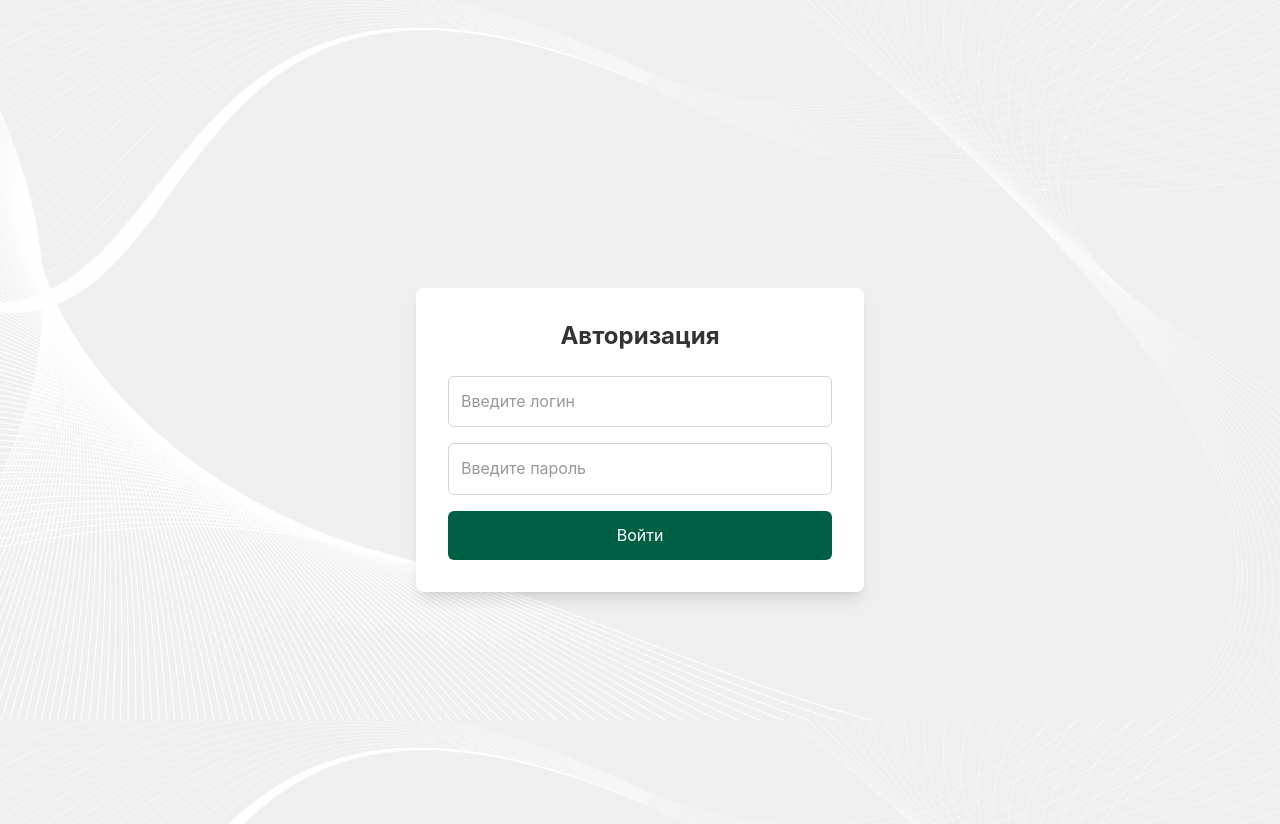
Repository: vladzap2423/delo-frontend
Page: /login
An editor plug-in stored every save of this project. The page is shown before and after a run of saves, followed by the edit.
The browser window is 1280 px wide. The pictures show the whole page.
Backgrounds fixed to the window are drawn as part of the page. The project was rebuilt for these pictures with package versions that can differ from the ones it lists, and the page was loaded fresh each time. The framework's server and built-in components were replaced by stand-ins that run in the browser. Also part of the build but not shown: next.config.ts.

Above is the page before, as saved 2025-09-17 16:53:02.

### src/app/layout.tsx
import type { Metadata } from "next";
import { Geist, Geist_Mono } from "next/font/google";
import "./globals.css";
import Header from "@/components/header";
import Script from "next/script";


const geistSans = Geist({
  variable: "--font-geist-sans",
  subsets: ["latin"],
});

const geistMono = Geist_Mono({
  variable: "--font-geist-mono",
  subsets: ["latin"],
});

export const metadata: Metadata = {
  title: "Create Next App",
  description: "Generated by create next app",
};

export default function RootLayout({
  children,
}: Readonly<{
  children: React.ReactNode;
}>) {
  return (
    <html lang="en">
      <body className={`${geistSans.variable} ${geistMono.variable} antialiased bg-gray-50`} style={{
          backgroundImage: "url('/fon.jpg')",
          backgroundSize: "cover",
          backgroundPosition: "center",
          backgroundAttachment: "fixed", // чтобы фон оставался на месте при скролле
        }}
        >
        <div className="min-h-screen flex flex-col">

          <Header />
          <main className="flex-1 container mx-auto px-4 pt-20 pb-6 text-center">{children}</main>
          <Script
            src="https://www.cryptopro.ru/sites/default/files/products/cades/cadesplugin_api.js"
            strategy="beforeInteractive"
          />
        </div>
      </body>
    </html>
  );
}

### src/app/login/page.tsx
'use client';

import { useEffect, useState } from 'react';
import { useRouter } from 'next/navigation';
import { loginApi } from '@/services/auth.service';
import { useAuthStore } from '@/store/auth';


export default function AuthPage() {
  const [username, setUsername] = useState('');
  const [password, setPassword] = useState('');
  const [error, setError]       = useState('');
  const [loading, setLoading]   = useState(false);

  const router = useRouter();
  const {login, token, hydrated} = useAuthStore()

  useEffect(() => {
    if (hydrated && token) {
      router.replace('/')
    }
  }, [hydrated, token, router])

  const handleSubmit = async (e: React.FormEvent) => {
    e.preventDefault();
    setError('');
    setLoading(true);

    try {
      const { access_token } = await loginApi(username, password);
      login(access_token);
      router.push('/');
    } catch (err: any) {
      setError(err.message || 'Ошибка авторизации');
    } finally {
      setLoading(false)
    }
  };

  return (
    <div className="flex items-center justify-center h-screen">
      <div className="bg-white p-8 rounded-lg shadow-lg w-full max-w-md">
        <h2 className="text-2xl font-bold text-center mb-6">Авторизация</h2>

        {error && <div className="text-red-600 text-center mb-4">{error}</div>}

        <form onSubmit={handleSubmit} className="space-y-4">
          <input
            type="text"
            value={username}
            onChange={e => setUsername(e.target.value)}
            className="w-full p-3 border border-gray-300 rounded-md"
            placeholder="Введите логин"
            autoComplete="username"
            required
          />
          <input
            type="password"
            value={password}
            onChange={e => setPassword(e.target.value)}
            className="w-full p-3 border border-gray-300 rounded-md"
            placeholder="Введите пароль"
            autoComplete="current-password"
            required
          />

          <button
            type="submit"
            disabled={loading}
            className="w-full bg-emerald-800 text-white p-3 rounded-md hover:bg-emerald-900 disabled:opacity-60"
          >
            {loading ? 'Входим…' : 'Войти'}
          </button>
        </form>
      </div>
    </div>
  );
}

### src/app/globals.css
@import "tailwindcss";



body {
  font-family: 'Inter', sans-serif;
  background-color: #f5f5f5;
  color: #333;
  line-height: 1.6;
}

/* app/globals.css или src/app/globals.css */
.scroll-hidden::-webkit-scrollbar {
  display: none;
}
.scroll-hidden {
  -ms-overflow-style: none;  /* IE и Edge */
  scrollbar-width: none;     /* Firefox */
}

### src/services/auth.service.ts
export async function loginApi(username: string, password: string) {
  const res = await fetch(`${process.env.NEXT_PUBLIC_API_URL}/auth/login`, {
    method: "POST",
    headers: { "Content-Type": "application/json" },
    body: JSON.stringify({ username, password }),
  });

  if (!res.ok) {
    let message = "Ошибка авторизации";

    try {
      const data = await res.json();
      // у NestJS UnauthorizedException формат такой:
      // { statusCode: 401, message: "Пользователь деактивирован", error: "Unauthorized" }
      if (data?.message) {
        message = data.message;
      }
    } catch (e) {
      console.error("Ошибка парсинга ответа", e);
    }

    throw new Error(message);
  }

  return res.json(); // { access_token: "..." }
}

### src/store/auth.ts
import { jwtDecode } from "jwt-decode";
import { create } from "zustand";
import Cookies from "js-cookie";

type UserPayload = {
  sub: number;
  username: string;
  fio: string;
  role: string;
  iat: number;
  exp: number;
};

type AuthState = {
  user: UserPayload | null;
  login: (token: string) => void;
  logout: () => void;
};

export const useAuthStore = create<AuthState>()((set) => ({
  user: null,

  login: (token) => {
    try {
      const user = jwtDecode<UserPayload>(token);

      // сохраняем данные пользователя в Zustand
      set({ user });

      // токен кладём в cookie (для middleware и API-запросов)
      Cookies.set("token", token, {
        secure: true,
        sameSite: "strict",
        expires: 1, // срок жизни токена
      });
    } catch (e) {
      console.error("Ошибка при декодировании JWT", e);
      set({ user: null });
      Cookies.remove("token");
    }
  },

  logout: () => {
    set({ user: null });
    Cookies.remove("token");
  },
}));

### src/components/header.tsx
"use client";

import { useAuthStore } from "@/store/auth";
import { useRouter } from "next/navigation";
import { LogOut, PencilLine } from "lucide-react";
import Link from "next/link";
import { useState } from "react";
import { getCertificateInfo } from "@/services/getCertInfo";

export default function Header() {
  const { user, logout, token, hydrated } = useAuthStore();
  const router = useRouter();

  const [certValid, setCertValid] = useState<boolean | null>(null);
  const [certInfo, setCertInfo] = useState<any>(null);
  const [loading, setLoading] = useState(false);

  if (!token || !hydrated || !user) {
    return null;
  }

  const handleLogout = () => {
    logout();
    router.push("/login");
  };

  const checkCertificate = async () => {
    if (loading) return; // не дёргаем повторно
    setLoading(true);

    try {
      const info = await getCertificateInfo();

      if (!info) {
        setCertValid(false);
        setCertInfo(null);
        return;
      }

      const fioFromCert = extractFio(info.subjectName);
      if (fioFromCert && user.fio) {
        if (normalizeFio(fioFromCert) === normalizeFio(user.fio)) {
          setCertValid(true);
          setCertInfo(info);
        } else {
          setCertValid(false);
          setCertInfo(null);
        }
      } else {
        setCertValid(false);
        setCertInfo(null);
      }
    } catch (err) {
      console.error("Ошибка при проверке ЭЦП:", err);
      setCertValid(false);
      setCertInfo(null);
    } finally {
      setLoading(false);
    }
  };

  return (
    <header className="fixed top-2 left-1/2 -translate-x-1/2 flex items-center justify-between w-[100%] max-w-6xl px-4 py-2 bg-white text-black rounded-xl shadow-lg z-50">
      {/* Лого */}
      <div className="font-semibold text-lg">SIGned</div>

      {/* Меню */}
      <nav className="flex gap-6 text-sm font-medium">
        <Link href="/" className="hover:text-emerald-700 transition">
          Главная
        </Link>
        <Link href="/commissions" className="hover:text-emerald-700 transition">
          Комиссии
        </Link>
        {user?.role === "admin" && (
          <Link href="/admin" className="hover:text-emerald-700 transition">
            Админ панель
          </Link>
        )}
      </nav>

      <div className="flex items-center gap-4">
        {/* Значок ЭЦП */}
        <div className="relative group">
          <PencilLine
            onClick={checkCertificate} // запускаем проверку по клику
            className={`w-6 h-6 cursor-pointer ${
              certValid === null
                ? "text-gray-400" // ещё не проверяли
                : certValid
                ? "text-green-600"
                : "text-red-600"
            }`}
          />
          <div className="absolute top-8 right-0 w-72 p-3 bg-white border rounded-lg shadow-md text-sm opacity-0 group-hover:opacity-100 transition">
            {certValid === null && <p>Нажмите для проверки подписи</p>}

            {certValid && certInfo ? (
              <>
                <p><b>ФИО:</b> {extractFio(certInfo.subjectName)}</p>
                <p><b>Сертификат:</b> {certInfo.thumbprint}</p>
                <p><b>Действует до:</b> {formatDate(certInfo.validTo)}</p>
              </>
            ) : certValid === false ? (
              <p className="text-red-600">Подпись не установлена</p>
            ) : null}
          </div>
        </div>

        <span>{user.username}</span>
        <button
          onClick={handleLogout}
          className="p-2 rounded-full hover:bg-red-200 transition"
          title="Выйти"
        >
          <LogOut className="w-5 h-5" />
        </button>
      </div>
    </header>
  );
}

// Вытаскиваем CN (обычно содержит ФИО)
function extractFio(subjectName: string): string | null {
  const cnMatch = subjectName.match(/CN=([^,]+)/);
  return cnMatch ? cnMatch[1].trim() : null;
}

// Сравнение ФИО
function normalizeFio(fio?: string | null): string {
  if (!fio) return "";
  return fio.replace(/\s+/g, " ").trim().toLowerCase();
}

// Форматируем дату в ДД.ММ.ГГГГ
function formatDate(dateStr: string): string {
  const date = new Date(dateStr);
  return date.toLocaleDateString("ru-RU");
}

### src/services/getCertInfo.ts
// utils/getCertInfo.ts
// @ts-ignore
declare const cadesplugin: any;

async function waitForCadesPlugin(timeout = 5000): Promise<void> {
  return new Promise((resolve, reject) => {
    let elapsed = 0;
    const interval = 100;
    const timer = setInterval(() => {
      if (typeof window !== "undefined" && "cadesplugin" in window) {
        clearInterval(timer);
        resolve();
      }
      elapsed += interval;
      if (elapsed >= timeout) {
        clearInterval(timer);
        reject(new Error("CryptoPro Cades Plugin не найден или не загружен"));
      }
    }, interval);
  });
}

export interface CertInfo {
  subjectName: string;
  issuerName: string;
  validFrom: string;
  validTo: string;
  thumbprint: string;
}

export async function getCertificateInfo(): Promise<CertInfo | null> {
  await waitForCadesPlugin();

  return new Promise((resolve, reject) => {
    cadesplugin.async_spawn(function* (): any {
      try {
        const store = yield cadesplugin.CreateObjectAsync("CAdESCOM.Store");
        yield store.Open();
        const certs = yield store.Certificates;
        if ((yield certs.Count) === 0) {
          resolve(null);
          return;
        }

        const cert = yield certs.Item(1);
        const subjectName = yield cert.SubjectName;
        const issuerName = yield cert.IssuerName;
        const validFrom = yield cert.ValidFromDate;
        const validTo = yield cert.ValidToDate;
        const thumbprint = yield cert.Thumbprint;

        yield store.Close();

        resolve({ subjectName, issuerName, validFrom, validTo, thumbprint });
      } catch (err) {
        reject(err);
      }
    });
  });
}

After the next 4 saves:
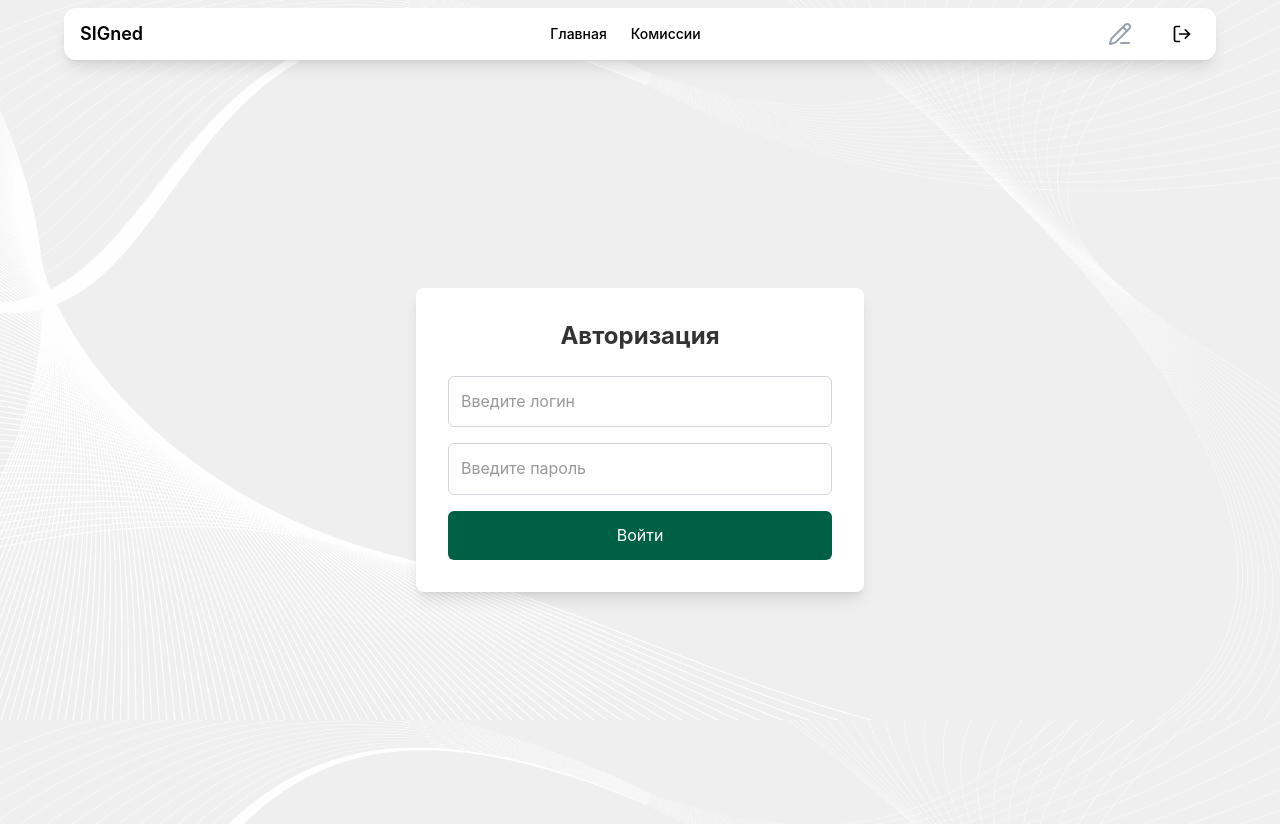
The 4 saves are shown as one change because 3 did not build or start.
The last was saved 18 min 13 s later.
--- a/src/components/header.tsx
+++ b/src/components/header.tsx
@@ -6,31 +6,28 @@ import { LogOut, PencilLine } from "lucide-react";
 import Link from "next/link";
 import { useState } from "react";
 import { getCertificateInfo } from "@/services/getCertInfo";
+import Cookies from "js-cookie";
 
 export default function Header() {
-  const { user, logout, token, hydrated } = useAuthStore();
+  const { user, logout } = useAuthStore();
   const router = useRouter();
 
   const [certValid, setCertValid] = useState<boolean | null>(null);
   const [certInfo, setCertInfo] = useState<any>(null);
   const [loading, setLoading] = useState(false);
 
-  if (!token || !hydrated || !user) {
-    return null;
-  }
-
   const handleLogout = () => {
-    logout();
-    router.push("/login");
+    logout();               // чистим Zustand (user)
+    Cookies.remove("token"); // чистим cookie с токеном
+    router.push("/login");   // уводим на логин
   };
 
   const checkCertificate = async () => {
-    if (loading) return; // не дёргаем повторно
+    if (loading) return;
     setLoading(true);
 
     try {
       const info = await getCertificateInfo();
-
       if (!info) {
         setCertValid(false);
         setCertInfo(null);
@@ -38,7 +35,7 @@ export default function Header() {
       }
 
       const fioFromCert = extractFio(info.subjectName);
-      if (fioFromCert && user.fio) {
+      if (fioFromCert && user?.fio) {
         if (normalizeFio(fioFromCert) === normalizeFio(user.fio)) {
           setCertValid(true);
           setCertInfo(info);
@@ -61,10 +58,8 @@ export default function Header() {
 
   return (
     <header className="fixed top-2 left-1/2 -translate-x-1/2 flex items-center justify-between w-[100%] max-w-6xl px-4 py-2 bg-white text-black rounded-xl shadow-lg z-50">
-      {/* Лого */}
       <div className="font-semibold text-lg">SIGned</div>
 
-      {/* Меню */}
       <nav className="flex gap-6 text-sm font-medium">
         <Link href="/" className="hover:text-emerald-700 transition">
           Главная
@@ -83,10 +78,10 @@ export default function Header() {
         {/* Значок ЭЦП */}
         <div className="relative group">
           <PencilLine
-            onClick={checkCertificate} // запускаем проверку по клику
+            onClick={checkCertificate}
             className={`w-6 h-6 cursor-pointer ${
               certValid === null
-                ? "text-gray-400" // ещё не проверяли
+                ? "text-gray-400"
                 : certValid
                 ? "text-green-600"
                 : "text-red-600"
@@ -107,7 +102,7 @@ export default function Header() {
           </div>
         </div>
 
-        <span>{user.username}</span>
+        <span>{user?.username}</span>
         <button
           onClick={handleLogout}
           className="p-2 rounded-full hover:bg-red-200 transition"
@@ -120,19 +115,16 @@ export default function Header() {
   );
 }
 
-// Вытаскиваем CN (обычно содержит ФИО)
 function extractFio(subjectName: string): string | null {
   const cnMatch = subjectName.match(/CN=([^,]+)/);
   return cnMatch ? cnMatch[1].trim() : null;
 }
 
-// Сравнение ФИО
 function normalizeFio(fio?: string | null): string {
   if (!fio) return "";
   return fio.replace(/\s+/g, " ").trim().toLowerCase();
 }
 
-// Форматируем дату в ДД.ММ.ГГГГ
 function formatDate(dateStr: string): string {
   const date = new Date(dateStr);
   return date.toLocaleDateString("ru-RU");
